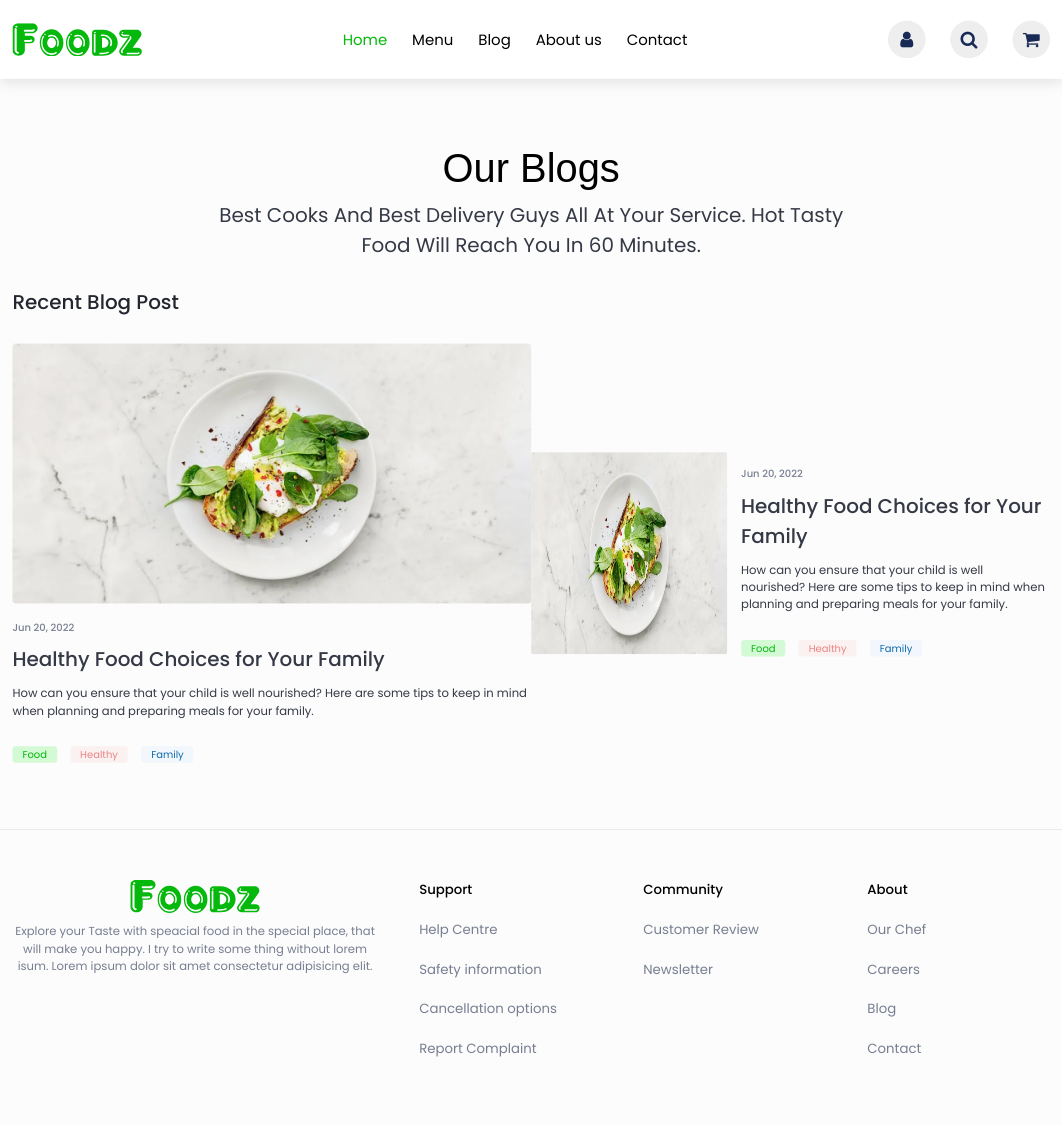
Repository: Toan3333/fooz
Page: assets/pages/blog.html
These files come from the project's save history. The page is drawn as it stood at one moment and after a run of saves; the edit follows.
The browser window is 1280 px wide. The pictures show the whole page, at 83% of full size.
Some web fonts or font styles are not loaded; a fallback is used.

Above is the page before, as saved 2023-06-01 13:40:01.

After the next 2 saves:
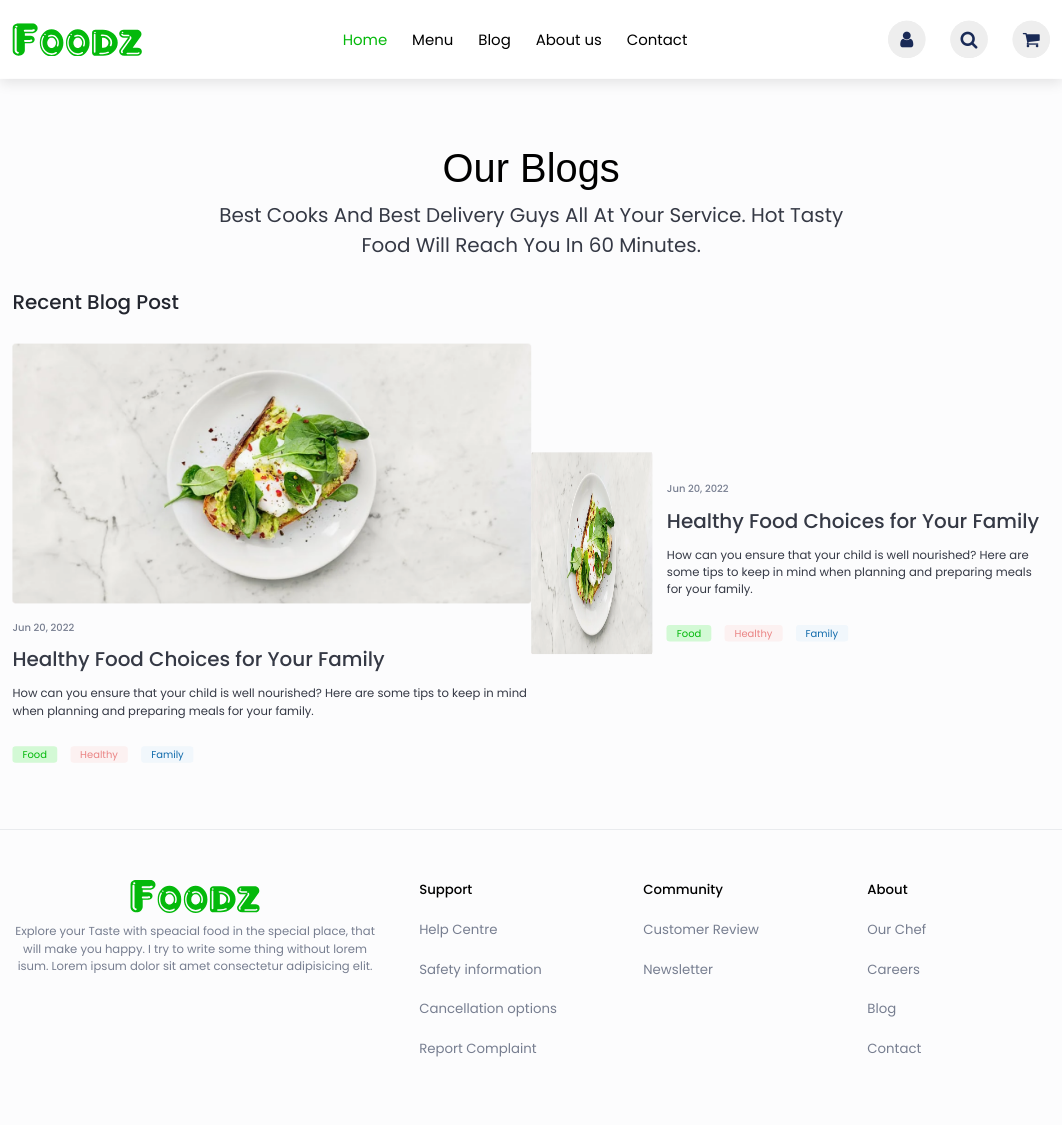
The 2 saves are shown as one change because they came seconds apart.
The last was saved 14 s later.
--- a/assets/css/style.css
+++ b/assets/css/style.css
@@ -829,6 +829,9 @@ body {
   align-items: center;
   gap: 17px;
 }
+.our-blog__list__image {
+  width: 313px;
+}
 .our-blog__images {
   height: 243px;
 }
